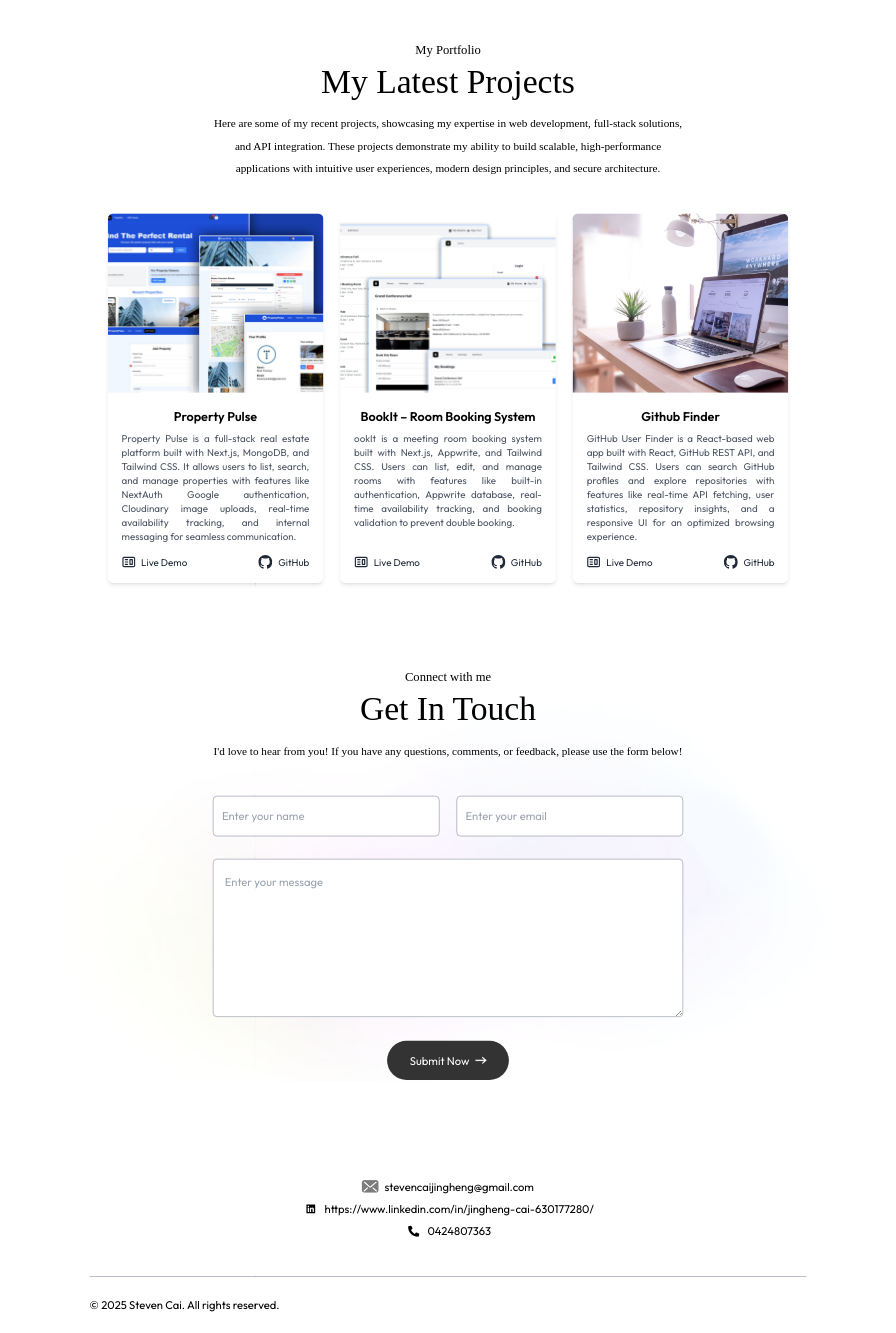
Repository: Steven4cai/profolio
Page: /
The author's editor kept a copy of each file at every save. The page is drawn from the files as they stood at one save, then again after a run of saves.
The browser window is 1280 px wide. The pictures show the part of the page from y = 2337 to 4257 px (the page is 4241 px tall before and 4257 px after), at 70% of full size.
Some web fonts or font styles are not loaded; a fallback is used. The project was rebuilt for these pictures with package versions that can differ from the ones it lists, and the page was loaded fresh each time. The framework's server and built-in components were replaced by stand-ins that run in the browser. Also part of the build but not shown: next.config.mjs.

Above is the page before, as saved 2025-02-09 14:23:12.

### app/layout.js
import {Outfit,Ovo} from "next/font/google";
import "./globals.css";

const outfit = Outfit({
  subsets: ["latin"],weight:["400","500","600","700"]
});

const ovo = Ovo({
  subsets: ["latin"],weight:["400"]
});

export const metadata = {
  title: "Profolio - Steven",
  description: "",
};

export default function RootLayout({ children }) {
  return (
    <html lang="en" className="scroll-smooth ">
      <body className={`${outfit.className} ${ovo.className} antialiased leading-8 overflow-x-hidden
      dark:bg-darkTheme dark:text-white`}>
        <main>{children}</main>
      </body>
    </html>
  );
}

### app/page.js
'use client'
import About from "@/components/About";
import Header from "@/components/Header";
import Navbar from "@/components/Navbar";
import Services from "@/components/Services";
import Work from "@/components/Work";
import Contact from "@/components/Contact";
import Footer from "@/components/Footer";
import { useEffect, useState } from "react";

export default function Home() {
  const [isDark,setIsDark] = useState(false)

  useEffect(()=>{
    if(localStorage.theme === 'dark' || (!('theme' in localStorage) && window.matchMedia('(prefers-color-scheme:dark)').matches)){
      setIsDark(true)
    }else{
      setIsDark(false)
    }
  },[])

  useEffect(()=>{
    if(isDark){
      document.documentElement.classList.add('dark')
      localStorage.theme = 'dark'
    }else{
      document.documentElement.classList.remove('dark')
      localStorage.theme = ''
    }
  } ,[isDark])
  return (
    <>
    <Navbar isDark = {isDark} setIsDark = {setIsDark}/>
    <Header isDark = {isDark}/>
    <About isDark = {isDark}/>
    <Services isDark = {isDark}/>
    <Work isDark = {isDark}/>
    <Contact isDark = {isDark}/>
    <Footer isDark = {isDark}/>
    </>
  );
}

### components/About.jsx
import Image from 'next/image'
import React from 'react'
import {assets, infoList, toolsData} from '@/assets/assets'


const About = ({isDark}) => {
  return (
    <div id='about' className='w-full px-[12%] py-10 scroll-mt-20'>
      <h4 className='text-center mb-2 text-lg font-Ovo'>Introduction</h4>
      <h2 className='text-center text-5xl font-Ovo'>About Me</h2>

    <div className='flex w-full flex-col lg:flex-row items-center gap-20 my-20'>
        <div className='w-64 sm:w-80 rounded-3xl max-w-none'>
            <Image src={assets.user_image} alt='user'
            className='w-full rounded-3xl'/>
        </div>
        <div className='flex-1'>
            <p className='mb-10 max-w-2xl font-Ovo'>
            I am a web developer with a background in IT and software
         engineering. I specialize in building scalable and efficient web
          applications, focusing on clean code, performance optimization,
          and user experience. Skilled in both front-end and back-end
          technologies, I am always eager to learn and apply new solutions.
            </p>
            <ul className='grid grid-cols-1 sm:grid-cols-3 gap-6 max-w-2xl'>
                {infoList.map((info,index) => (
                    <li
                    className='border-[0.5px] border-gray-400 rounded-xl p-6
                    cursor-pointer hover:bg-lightHover hover:-translate-y-1 duration-500
                    hover:shadow-black
                    dark:border-white dark:hovr:shadow-white dark:hover:bg-darkHover/50'
                    key={index}>
                        <Image src={isDark ? info.iconDark : info.icon} alt={info.title} className='w-7 mt-3'/>
                        <h3 className='my-4 font-semiblod text-gray-700 dark:text-white'>{info.title}</h3>
                        <p className='text-gray-600 text-sm dark:text-white/80'>{info.description}</p>
                    </li>
                ))}
            </ul>

            <h4 className='my-6 text-gray-700 font-Ovo dark:text-white/80'>Tools I use</h4>


                <ul className='flex items-center gap-3 sm:gap-5'>
                    {toolsData.map((tool,index) => (
                        <li className=
                        'flex items-center justify-center w-12 sm:w-14 aspect-square border border-gray-400 rounded-lg cursor-pointer hover:-translate-y-1 duration-500'
                         key={index}>
                            <Image src={tool} alt='Tool' className='w-5 sm:w-7' />
                        </li>
                    ))}
                </ul>
        </div>
    </div>

    </div>
  )
}

export default About

### components/Header.jsx
import React from 'react'
import Image from 'next/image'
import {assets} from '@/assets/assets'

const Header = () => {
  return (
    <div className=
    'w-11/12 max-w-3xl text-center mx-auto h-screen flex flex-col items-center justify-center gap-4'>
      <div>
        <Image src={assets.profile_img} alt='' className='rounded-full w-32'/>
      </div>
      <h3 className='flex items-end gap-2 text-xl md:text-2xl mb-3 font-Ovo'>Hi! I'm Steven Cai <Image src={assets.hand_icon} alt='' className='w-6'/></h3>
        <h1 className='text-3xl sm:text-6xl lg:text-[66px] font-Ovo'>Frontend web developer based in Sydney</h1>
        <p className='max-w-2xl mx-auto font-Ovo'>
          Web developer with a strong foundation in software engineering,
           specializing in building efficient, scalable, and user-friendly
            applications.
        </p>
        <div className=
        'flex flex-col sm:flex-row items-center gap-4 mt-4'>
            <a href="#contact"
             className='px-10 py-3 border rounded-full bg-black text-white flex items-center gap-2
             dark:bg-transparent'>
                Contact me  <Image src={assets.right_arrow_white} alt='' className='w-4'/></a>
            <a href="/Steven_Cai_ITResume.pdf" download
            className='px-10 py-3 border rounded-full border-gray-500 flex items-center gap-2
            bg-white dark:text-black'
            >My resume  <Image src={assets.download_icon} alt='' className='w-4'/></a>

        </div>


    </div>
  )
}

export default Header

### components/Navbar.jsx
'use client'

import Image from 'next/image'
import React, { useEffect, useState } from 'react'
import {assets} from '@/assets/assets'

const Navbar = ({isDark,setIsDark}) => {
    const [isScroll, setIsScrool] = useState(false)

    const [isMenuOpen, setIsMenuOpen] = useState(false);

    const openMenu = () => {
        setIsMenuOpen(true);
    };

    const closeMenu = () => {
        setIsMenuOpen(false);
    };

    useEffect(()=>{
        window.addEventListener('scroll',()=>{
            if(scrollY > 50){
                setIsScrool(true)
            }else{
                setIsScrool(false)
            }
        })
    } ,[])

    return (
        <>
            <div className='fixed top-0 right-0 w-11/12 -z-10 translate-y-[-80%] dark:hidden'>
                <Image src={assets.header_bg_color} alt='' className='w-full' />
            </div>

            <nav className={`w-full fixed px-5 lg:px-8 xl:px-[8%] py-4 flex
                items-center justify-between z-50 ${isScroll
                ? 'bg-white bg-opacity-50 backdrop-blur-lg shadow-sm dark:bg-darkTheme dark:shadow-white/20'
                : ''}`}>
                <a href="#top">
                    <Image alt='logo' className='w-28 cursor-pointer mr-14 bg-white rounded-full' src={assets.logo} />
                </a>

                <ul className={`hidden md:flex items-center gap-6
                    lg:gap-8 rounded-full px-12 py-3
                    ${isScroll ?'' : 'bg-white shadow-sm bg-opacity-50 dark:border dark:border-white/50 dark:bg-transparent'}`}>
                    <li><a className='font-Ovo' href="#top">Home</a></li>
                    <li><a className='font-Ovo' href="#about">About me</a></li>
                    <li><a className='font-Ovo' href="#services">Services</a></li>
                    <li><a className='font-Ovo' href="#work">My Work</a></li>
                    <li><a className='font-Ovo' href="#contact">Contact me</a></li>
                </ul>

                <div className='flex items-center gap-4'>

                    <button onClick={() => setIsDark(prev => !prev)}>
                        <Image src={isDark ? assets.sun_icon : assets.moon_icon} alt='' className='w-6' />
                    </button>

                    <a href='/contact' className='hidden lg:flex items-center gap-3 px-10 py-2.5
                    border border-gray-500 rounded-full ml-4 font-Ovo
                    dark:border-white/50'>
                        Contact <Image className='w-3' src={isDark ?assets.arrow_icon_dark :assets.arrow_icon} alt='arrowicon' />
                    </a>

                    {/* Menu Button for Mobile */}
                    <button className='block md:hidden ml-3' onClick={openMenu}>
                        <Image src={isDark ?assets.menu_white :assets.menu_black} alt='' className='w-6' />
                    </button>
                </div>

                {/* Mobile Menu */}
                <ul className={`flex flex-col gap-4 py-20 px-10
                fixed -right-0 top-0 bottom-0 w-64 z-50 h-screen bg-rose-50
                transition duration-500' dark:bg-darkHover dark:text-white
                ${isMenuOpen ? 'translate-x-0' : 'translate-x-[16rem]'} md:hidden`}>
                    {/* Close Button */}
                    <div className='absolute right-6 top-6' onClick={closeMenu}>
                        <Image src={isDark ?assets.close_white :assets.close_black} alt='' className='w-5 cursor-pointer' />
                    </div>

                    <li><a onClick={closeMenu} className='font-Ovo' href="#top">Home</a></li>
                    <li><a onClick={closeMenu} className='font-Ovo' href="#about">About me</a></li>
                    <li><a onClick={closeMenu} className='font-Ovo' href="#services">Services</a></li>
                    <li><a onClick={closeMenu} className='font-Ovo' href="#work">My Work</a></li>
                    <li><a onClick={closeMenu} className='font-Ovo' href="#contact">Contact me</a></li>
                </ul>
            </nav>
        </>
    )
}

export default Navbar;

### components/Services.jsx
import React from "react";
import { TbWorld } from "react-icons/tb";
import { RiStackFill } from "react-icons/ri";
import { AiOutlineApi } from "react-icons/ai";
import { MdSecurity } from "react-icons/md";

export const serviceData = [
  { icon: <TbWorld className="text-4xl text-gray-700 dark:text-white" />, title: 'Frontend Development', description: 'Building modern, responsive, and interactive web applications using React.js, Next.js, and Tailwind CSS to ensure seamless user experience.', link: '' },
  { icon: <RiStackFill className="text-4xl text-gray-700 dark:text-white" />, title: 'Full-Stack Development', description: 'Developing scalable web applications with Next.js, Appwrite, MongoDB, and Firebase, handling both frontend and backend efficiently.', link: '' },
  { icon: <AiOutlineApi className="text-4xl text-gray-700 dark:text-white" />, title: 'API Development & Integration', description: 'Creating and integrating RESTful APIs to enable smooth data communication between systems, ensuring high performance and security.', link: '' },
  { icon: <MdSecurity className="text-4xl text-gray-700 dark:text-white" />, title: 'Authentication & Security', description: 'Implementing secure authentication using NextAuth.js, OAuth, JWT, and Firebase Auth, ensuring data protection and user privacy.', link: '' },
];

const Services = () => {
  return (
    <div id='services' className='w-full px-[12%] py-10 scroll-mt-20'>
      <h4 className='text-center mb-2 text-lg font-Ovo'>What I offer</h4>
      <h2 className='text-center text-5xl font-Ovo'>My Services</h2>

      <p className='text-center max-w-2xl mx-auto mt-5 mb-12 font-Ovo'>
        I design and develop modern, high-performance web applications with
        a focus on efficiency, scalability, and seamless user experience. Whether
        it’s front-end UI/UX, full-stack solutions, or API integrations,
        I build robust and maintainable systems tailored to business needs.
      </p>

      <div className='grid grid-cols-1 sm:grid-cols-2 md:grid-cols-4 gap-6 my-10'>
        {serviceData.map(({ icon, title, description, link }, index) => (
          <div
            className='border border-gray-400 rounded-lg px-8 py-10 flex flex-col items-center text-center
              hover:shadow-black cursor-pointer hover:bg-lightHover hover:-translate-y-1 duration-500
              dark:hover:bg-darkHover dark:hover:shadow-white'
            key={index}
          >
            {icon}
            <h3 className='text-lg my-4 text-gray-700 dark:text-white'>{title}</h3>
            <p className='text-sm text-gray-600 leading-5 dark:text-white/80'>{description}</p>
          </div>
        ))}
      </div>
    </div>
  );
};

export default Services;

### components/Work.jsx
import { assets, workData } from '@/assets/assets';
import React from 'react';
import Image from 'next/image';
import Link from 'next/link';
import { BsGithub } from 'react-icons/bs';
import { CgWebsite } from 'react-icons/cg';

const Work = ({ isDark }) => {
  return (
    <div id="work" className="w-full px-[12%] py-10 scroll-mt-20">
      <h4 className="text-center mb-2 text-lg font-Ovo">My Portfolio</h4>
      <h2 className="text-center text-5xl font-Ovo">My Latest Projects</h2>

      <p className="text-center max-w-2xl mx-auto mt-5 mb-12 font-Ovo">
      Here are some of my recent projects, showcasing my expertise in web
       development, full-stack solutions, and API integration. These projects
        demonstrate my ability to build scalable, high-performance applications
         with intuitive user experiences, modern design principles, and secure
         architecture.
      </p>

      <div className="grid grid-cols-1 sm:grid-cols-2 md:grid-cols-3 gap-6 my-10">
  {workData.map((work, index) => (
    <div
      key={index}
      className="flex flex-col bg-white dark:bg-gray-900 rounded-lg shadow-md overflow-hidden group cursor-pointer"
    >
      {/* 背景图片部分 */}
      <div
        className="h-64 bg-cover bg-center transition-transform duration-500 group-hover:scale-105"
        style={{ backgroundImage: `url(${work.bgImage})` }}
      ></div>

      {/* 文字部分 */}
      <div
        className="p-5 w-full flex flex-col flex-grow transition-all duration-500 group-hover:-translate-y-2"
      >
        <h2 className="font-semibold text-lg dark:text-white text-center">
          {work.title}
        </h2>
        <p className="text-sm text-gray-600 dark:text-gray-300 mt-2 text-justify flex-grow">
          {work.description}
        </p>

        {/* 按钮部分 */}
        <div className="mt-4 flex justify-between items-center">
          <Link
            href={work.website}
            target="_blank"
            className="flex items-center gap-2 text-sm text-gray-800 dark:text-white hover:text-blue-500 transition-colors"
          >
            <CgWebsite className="text-xl" /> Live Demo
          </Link>

          <Link
            href={work.github}
            target="_blank"
            className="flex items-center gap-2 text-sm text-gray-800 dark:text-white hover:text-gray-600 transition-colors"
          >
            <BsGithub className="text-xl" /> GitHub
          </Link>
        </div>
      </div>
    </div>
  ))}
</div>

    </div>
  );
};

export default Work;

### components/Contact.jsx
'use client'
import { assets } from '@/assets/assets'
import React,{ useState } from 'react'
import Image from 'next/image'
const Contact = () => {

    const [result, setResult] = React.useState("");

  const onSubmit = async (event) => {
    event.preventDefault();
    setResult("Sending....");
    const formData = new FormData(event.target);

    formData.append("access_key", "d1d257f8-3b83-45d6-8d1c-4f4ca340e588");

    const response = await fetch("https://api.web3forms.com/submit", {
      method: "POST",
      body: formData
    });

    const data = await response.json();

    if (data.success) {
      setResult("Form Submitted Successfully");
      event.target.reset();
    } else {
      console.log("Error", data);
      setResult(data.message);
    }
  };


  return (
    <div id='contact' className='w-full px-[12%] py-10 scroll-mt-20 bg-[url("/footer-bg-color.png")] bg-no-repeat
    bg-center bg-[length:90%_auto] dark:bg-none'>
        <h4 className='text-center mb-2 text-lg font-Ovo'>Connect with me</h4>
        <h2 className='text-center text-5xl font-Ovo'>Get In Touch</h2>

        <p className='text-center max-w-2xl mx-auto mt-5 mb-12 font-Ovo'>
       I'd love to hear from you! If you have any questions, comments, or feedback, please use the form below!
        </p>

        <form onSubmit={onSubmit} className='max-w-2xl mx-auto'>
            <div className='grid grid-cols-auto gap-6 mt-10 mb-8'>
                <input
                className='flex-1 p-3 outline-none border-[0.5px] border-gray-400 rounded-md bg-white
                dark:bg-darkHover/30 dark:border-white/90'
                type="text" placeholder='Enter your name' required name="name" />
                <input
                className='flex-1 p-3 outline-none border-[0.5px] border-gray-400 rounded-md bg-white
                dark:bg-darkHover/30 dark:border-white/90'
                type="email" placeholder='Enter your email' required name="email" />
            </div>
            <textarea
            className='w-full p-4 outline-none border-[0.5px] border-gray-400 rounded-md bg-white mb-6
            dark:bg-darkHover/30 dark:border-white/90'
            rows={6} placeholder='Enter your message'  name="message" required></textarea>
            <button
            className='py-3 px-8 w-max flex items-center justify-between gap-2 bg-black/80 text-white rounded-full
            mx-auto hover:bg-black duration-500 dark:bg-transparent dark:border-[0.5px] dark:hover:bg-darkHover'
            type='submit'>
                Submit Now <Image src={assets.right_arrow_white} alt='' className='w-4'/>
            </button>

            <p className='mt-4'>{result}</p>
        </form>
    </div>
  )
}

export default Contact

### components/Footer.jsx
import Image from 'next/image'
import React from 'react'
import { assets } from '@/assets/assets'
import { FaPhoneAlt } from "react-icons/fa";

import { AiFillLinkedin } from "react-icons/ai";



const Footer = ({isDark}) => {
    const currentYear = new Date().getFullYear();

  return (
    <div className='mt-20'>
      <div className='text-center'>
        <div className='flex w-max items-center gap-2 mx-auto'>
            <Image src={isDark ?assets.mail_icon_dark : assets.mail_icon} alt='' className='w-6'/>
            stevencaijingheng@gmail.com
        </div>

        <div className='flex w-max items-center gap-2 mx-auto'>
            <AiFillLinkedin className='w-6'/>
            https://www.linkedin.com/in/jingheng-cai-630177280/
        </div>

        <div className='flex w-max items-center gap-2 mx-auto'>
            <FaPhoneAlt className='w-6'/>
            0424807363
        </div>
      </div>
      <div className=
      'text-center sm:flex items-center justify-between border-t border-gray-400 mx-[10%] mt-12 py-6'>
        <p>
            &copy; {currentYear} Steven Cai. All rights reserved.
        </p>

      </div>
    </div>
  )
}

export default Footer

### tailwind.config.mjs
/** @type {import('tailwindcss').Config} */
export default {
  content: [
    "./pages/**/*.{js,ts,jsx,tsx,mdx}",
    "./components/**/*.{js,ts,jsx,tsx,mdx}",
    "./app/**/*.{js,ts,jsx,tsx,mdx}",
  ],
  theme: {
    extend: {
      colors: {
        lightHover: '#fcf4ff',
        darkHover: '#2a004a',
        darkTheme: '#11001F'
      },
      fontFamily:{
        Outfit:["Outfit", "sans-serif"],
        Ovo: ["Ovo", "serif"]
      },
      boxShadow:{
        'black': '4px 4px 0 #000',
        'white': '4px 4px 0 #fff',
      },
      gridTemplateColumns:{
        'auto':'repeat(auto-fit,minmax(200px,1fr))'
      }
    },
  },
  darkMode: 'selector',
  plugins: [],
};

Loaded but not shown: app/globals.css (common file); assets/assets.js (123 lines, source omitted)

After the next 4 saves:
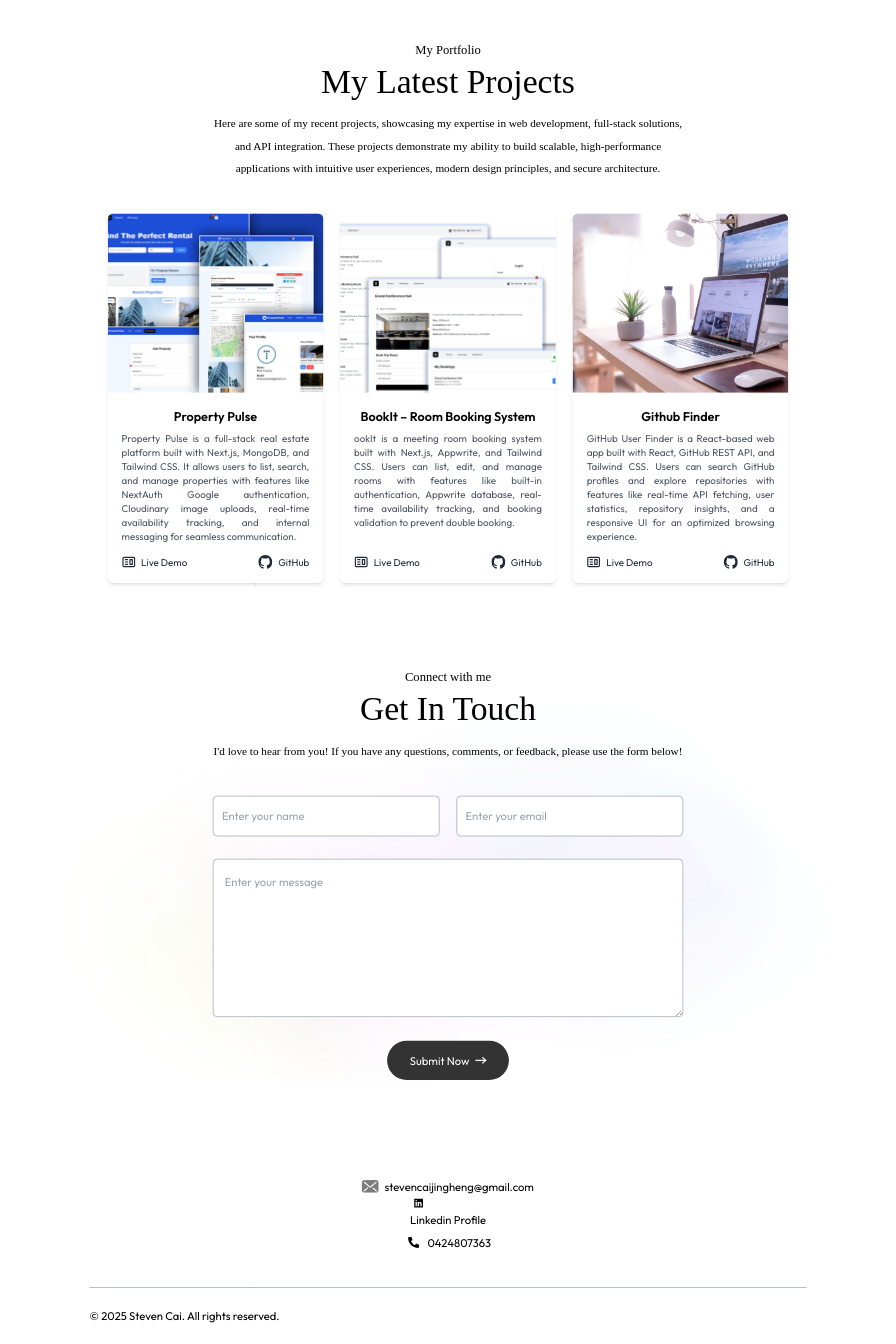
The 4 saves are shown as one change because 3 did not build or start.
The last was saved 3 min 29 s later.
--- a/components/Footer.jsx
+++ b/components/Footer.jsx
@@ -2,6 +2,7 @@ import Image from 'next/image'
 import React from 'react'
 import { assets } from '@/assets/assets'
 import { FaPhoneAlt } from "react-icons/fa";
+import Link from 'next/link';
 
 import { AiFillLinkedin } from "react-icons/ai";
 
@@ -19,8 +20,10 @@ const Footer = ({isDark}) => {
         </div>
 
         <div className='flex w-max items-center gap-2 mx-auto'>
+          <Link href={'www.linkedin.com/in//stevencai1'}>
             <AiFillLinkedin className='w-6'/>
-            https://www.linkedin.com/in/jingheng-cai-630177280/
+            Linkedin Profile
+            </Link>
         </div>
 
         <div className='flex w-max items-center gap-2 mx-auto'>
